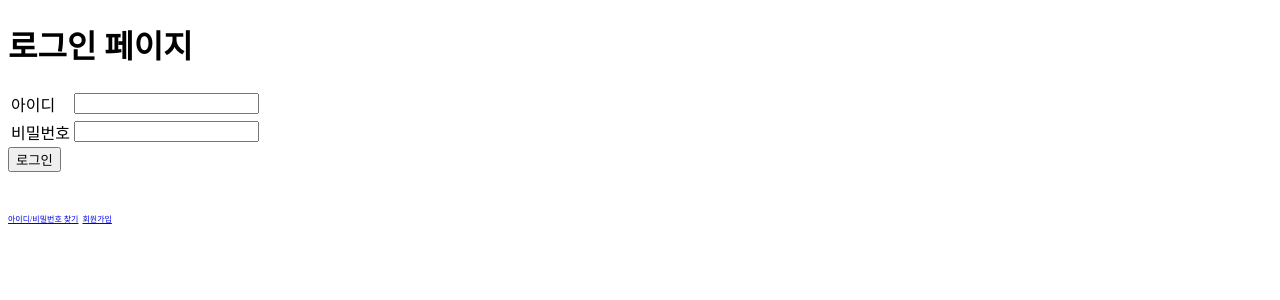
Repository: ksccmp/notice-board
Page: http://localhost/board/login.jsp
An editor plug-in stored every save of this project. The page is shown before and after the next save, followed by the edit.
The browser window is 1280 px wide. The pictures show the whole page.
The page is served by Tomcat 9. Nobody is signed in. The application's start-up code is not run.

Above is the page before, as saved 2019-09-18 13:29:50.

After the next save:
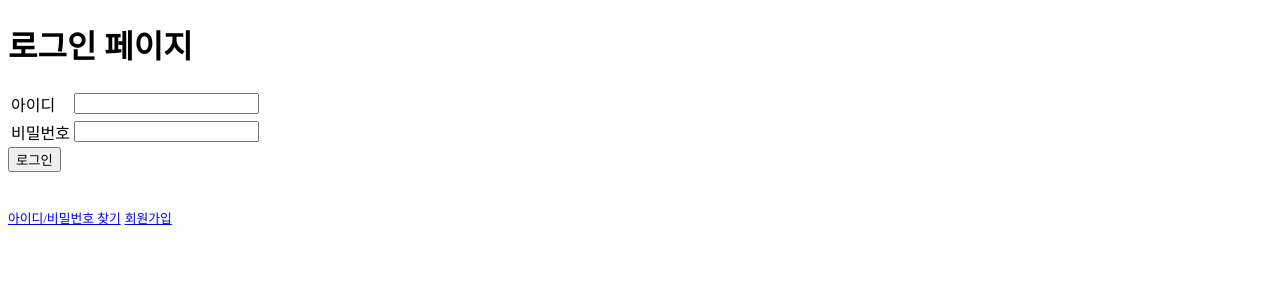
Saved 4 s later.
--- a/board/src/main/webapp/login.jsp
+++ b/board/src/main/webapp/login.jsp
@@ -8,7 +8,7 @@
 </head>
 <style>
 	#hreffont {
-		font-size: 0.5em;
+		font-size: 0.8em;
 	}
 </style>
 <body>
